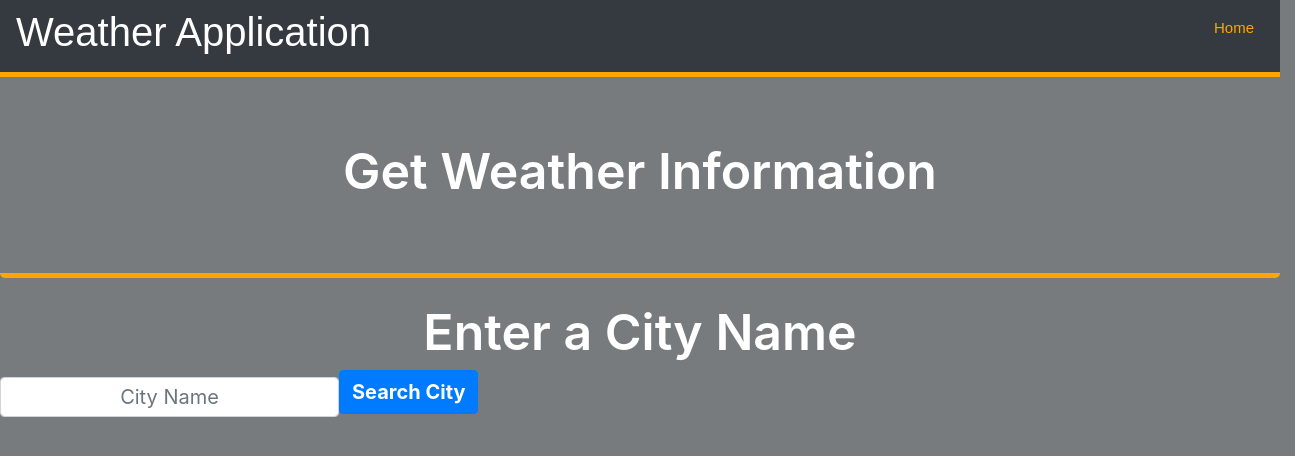
Repository: ElijahHallera/336-Internet-Prog
Page: cst336_s2020_Project3-master/cst336_s2020_Project3-master/index.html
The author's editor kept a record of every edit. The page is drawn from the files as they stood at one moment, then again after the next edit.
The browser window is 1280 px wide. The page is 1280 px wide, then 1295 px, so the pictures cover 1295 px, including what lies to the right of the window. The pictures show the whole page.

Above is the page before.

### cst336_s2020_Project3-master/cst336_s2020_Project3-master/index.html
<!DOCTYPE html>
<html>
    <head>
        <meta charset = "utf-8">
        <title>Midterm 1</title>
        <link href="https://stackpath.bootstrapcdn.com/bootstrap/4.4.1/css/bootstrap.min.css"
        rel="stylesheet"
        integrity="sha384-Vkoo8x4CGsO3+Hhxv8T/Q5PaXtkKtu6ug5TOeNV6gBiFeWPGFN9MuhOf23Q9Ifjh"
        crossorigin="anonymous">
        <link href="https://fonts.googleapis.com/css?family=Raleway&display=swap" rel="stylesheet">
        <script src="https://ajax.aspnetcdn.com/ajax/jQuery/jquery-3.4.1.min.js"></script>
        <script src = "https://cdnjs.cloudflare.com/ajax/libs/underscore.js/1.9.1/underscore-min.js"></script>
        <link href = "app.css" rel = "stylesheet" type = "text/css">
    </head>

    <header>
        <nav class="navbar navbar-dark bg-dark">
            <h1> Weather Application </h1>
            <ul>
                <li> <a href = "index.html" id = "currentPage" class = "homeA"> Home </a> </li>
            </ul>
        </nav>
    </header>

    <body>
        <div class = "jumbotron">
            <h2 class = "text-center"> Get Weather Information</h2>
        </div>

        </br>

        <div>
            <div>
                <h3 class = "text-center">Enter a City Name</h3>
                <span id = "error"></span>
            </div>

            <div class = "row form-group form-inline" id = "rowDiv">
               <input type="text" name = "city" id = "city" class = "form-control" placeholder = "City Name">
               <button id = "submitWeather" class="btn btn-primary">Search City</button>
            </div>

            </br>

            <div id = "show"></div>

        </div>

        <script src = "javascript.js"></script>
    </body>
</html>

### cst336_s2020_Project3-master/cst336_s2020_Project3-master/app.css
body{
    background-color: #777B7E;
}

h2{
 text-align: center;
}

h3{
 text-align: center;
}

input[type="text"]{
    height: 40px;
    font-size: 20px;
}

input{
    text-align: center;
}

button{
    text-align: center;
}

nav li:hover{
    font-size: 1.10em;
    transition: .9s;
}

li {
    list-style: none;
    display: inline-block;
    padding-left: 10px;
    padding-right: 10px;
}

a {
    font-size: 1em;
    color: orange;
    border-radius: 15px;
    justify-content: space-between;
}

header {
    color: white;
    font-family: "Montserrat", sans-serif;
    font-size: 15px;
    justify-content: space-between;
    align-items: center;
    text-align: center;
    border-bottom: 5px solid orange;
}

img {
  border-radius: 4px;
  padding: 5px;
  width: 150px;
  margin-bottom: 10px;
}

footer {
    padding: 10px;
    background-color: #777B7E;
    clear: left;
    text-align: center;
    font-family: 'Source Sans Pro', sans-serif;
    color: black;
    border-top: 5px solid orange;
}

#show{
    margin: auto;
    text-align: center;
}

#rowDiv{
    margin: auto;
    text-align: center;
    width: 100%;
}

#submitWeather{
    font-size: 20px;
    font-weight: bold;
    margin-bottom: 10px;
}

#center{
    text-align: center;
}

.jumbotron{
    margin-bottom: 0px;
    color: white;
    background-color: #777B7E;
    border-bottom: 5px solid orange;
}
.text-center{
    color: white;
    font-size: 50px;
    font-weight:  600;
}

.row{
    margin-bottom:20px;
}

.container{
    text-align: center;
    height: 650px;
}

### cst336_s2020_Project3-master/cst336_s2020_Project3-master/javascript.js
$(document).ready(function(){

    $('#submitWeather').click(function(){
        var city = $("#city").val();
        var yeet = "images/warm.jpg";
        if(city != ''){
            $.ajax({

               url: "https://api.openweathermap.org/data/2.5/weather?q=" + city + "&units=imperial&APPID=0aa5e5f254be985411b1bdfc170de6e0",
               type: "GET",
               data: "json",
               success: function(data){
                    if(data.main.temp >= 100){
                        alert("ITS VERY HOT");
                        var img = "<div class='img-thumbnail flex-item'><img src= images/veryhot.jpeg></div>";
                        $(".flex-container").append(img);
                    }
                    if(data.main.temp >= 70 && data.main.temp < 100){
                        alert("ITS HOT");
                        var img = "<div class='img-thumbnail flex-item'><img src = images/warm.jpg></div>";
                        $(".flex-container").append(img);
                    }

                    if(data.main.temp >= 40 && data.main.temp < 70){
                        alert("ITS PLEASANT OUT");
                    }

                    if(data.main.temp >= 32 && data.main.temp < 40){
                        alert("ITS COLD");
                    }

                    if(data.main.temp < 32){
                        alert("ITS VERY COLD");
                    }

                    var widget = show(data);
                    $("#show").html(widget);
                    $("#city").val('');
               }
            });
        } else {
            $("error").html('Cannot be empty!');
        }
    });
});

function show(data){
    return "<h2>Current weather for " + data.name + ", " + data.sys.country + "</h2>" +
           "<h2>Weather: " + data.weather[0].main + "</h2>" +
           "<h3>Description: "+ data.weather[0].description +"</h3>" +
           "<h3>Temperature: "  + data.main.temp + "&#8457 </h2>" +
           "<h3>Humidity: "  + data.main.humidity + " %</h2>" +
           "<h3>Wind Speed: "  + data.wind.speed + " MPH </h2>";
}

After the next edit:
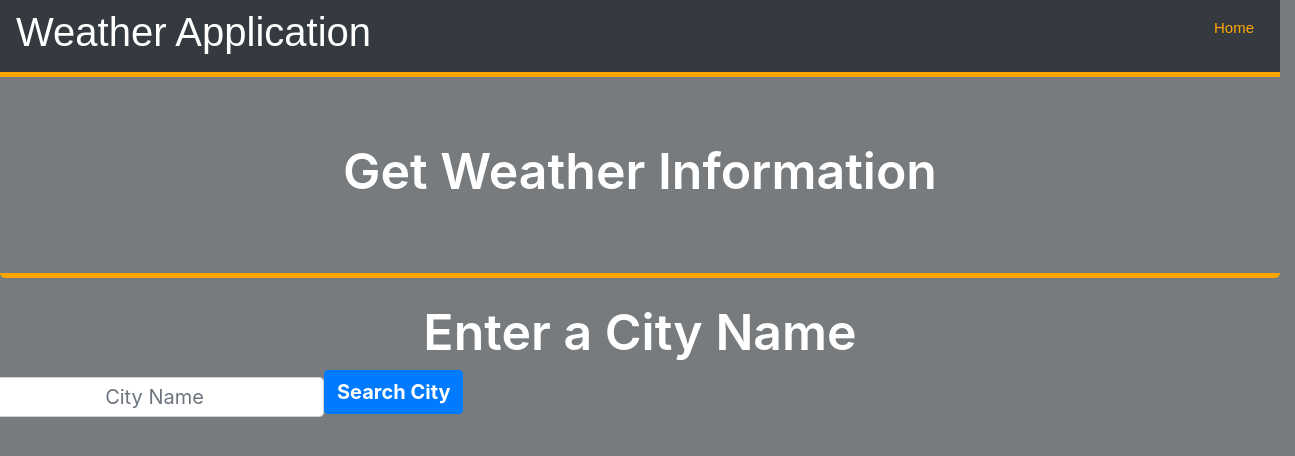
The edit:
--- a/cst336_s2020_Project3-master/cst336_s2020_Project3-master/index.html
+++ b/cst336_s2020_Project3-master/cst336_s2020_Project3-master/index.html
@@ -35,7 +35,7 @@
                 <span id = "error"></span>
             </div>
 
-            <div class = "row form-group form-inline" id = "rowDiv">
+            <div class = "row form-group form-inline">
                <input type="text" name = "city" id = "city" class = "form-control" placeholder = "City Name">
                <button id = "submitWeather" class="btn btn-primary">Search City</button>
             </div>
